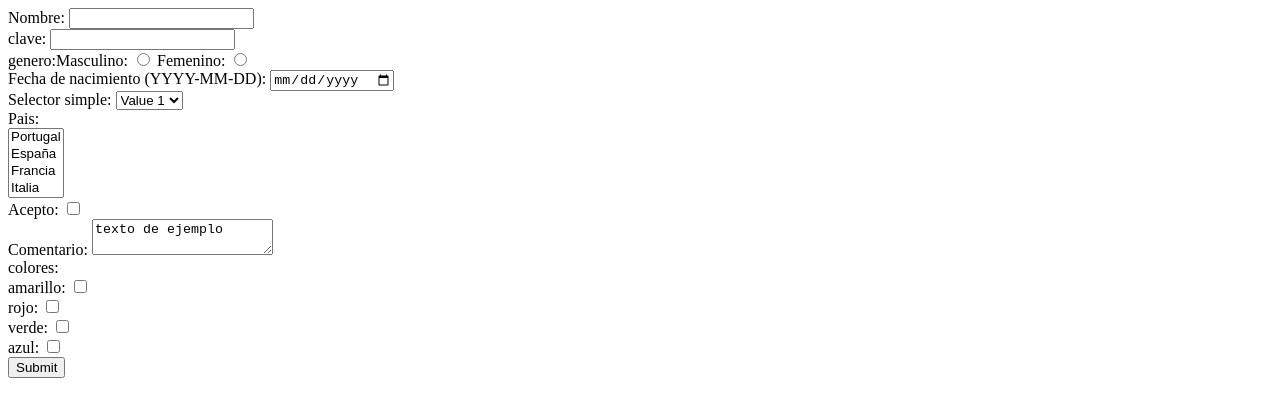
Repository: alvaroteja/ServidorJava
Page: http://localhost/11-EchoParametrosConArchivoJSP/formulario.jsp
The author's editor kept a copy of each file at every save. The page is drawn from the files as they stood at one save, then again after the next save.
The browser window is 1280 px wide. The pictures show the whole page.
The page is served by Tomcat 10.

Above is the page before, as saved 2023-01-23 08:59:26.

After the next save:
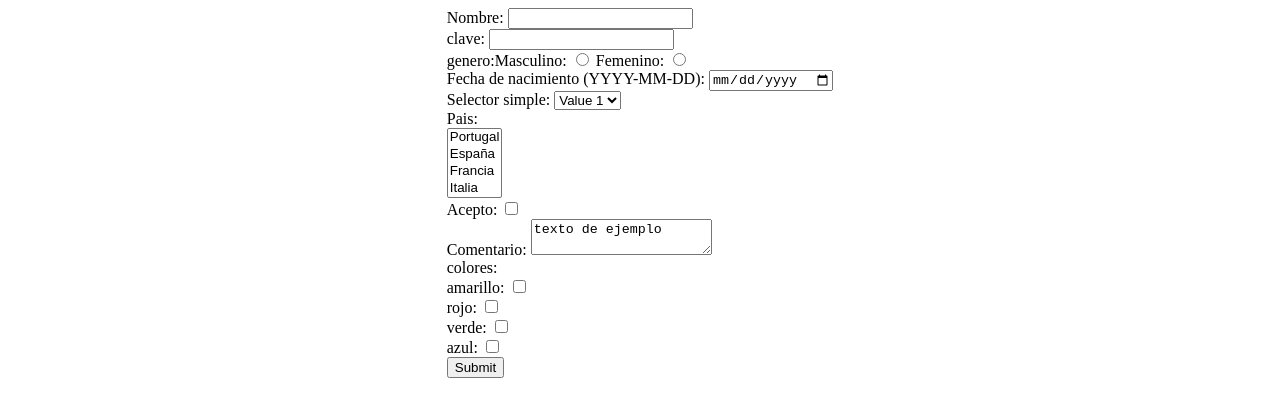
Saved 4 min 27 s later.
--- a/11-EchoParametrosConArchivoJSP/src/main/webapp/formulario.jsp
+++ b/11-EchoParametrosConArchivoJSP/src/main/webapp/formulario.jsp
@@ -5,6 +5,13 @@
 <head>
 <meta charset="ISO-8859-1">
 <title>Insert title here</title>
+<style>
+body {
+	display: flex;
+	align-items: center;
+	justify-content: center;
+}
+</style>
 </head>
 <body>
 	<form action="formularioServlet" method="post">
